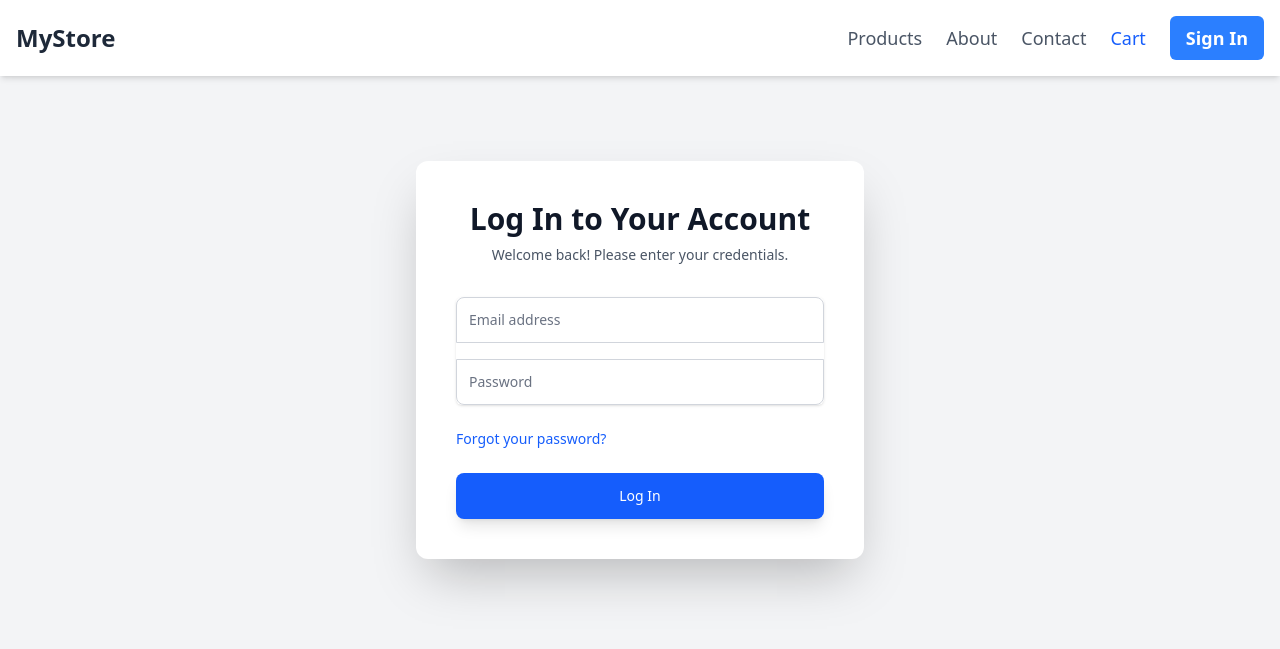
Repository: ehsanabbasifar-developer/next-store
Page: /login
The author's editor kept a copy of each file at every save. The page is drawn from the files as they stood at one save, then again after the next save.
The browser window is 1280 px wide. The pictures show the whole page.
The project was rebuilt for these pictures with package versions that can differ from the ones it lists, and the page was loaded fresh each time. The framework's server and built-in components were replaced by stand-ins that run in the browser. Also part of the build but not shown: next.config.ts.

Above is the page before, as saved 2025-10-01 03:51:22.

### src/app/layout.tsx
import type { Metadata } from "next";
import { Geist, Geist_Mono } from "next/font/google";
import { Toaster } from "react-hot-toast";
import "./globals.css";

const geistSans = Geist({
  variable: "--font-geist-sans",
  subsets: ["latin"],
});

const geistMono = Geist_Mono({
  variable: "--font-geist-mono",
  subsets: ["latin"],
});

export const metadata: Metadata = {
  title: "Create Next App",
  description: "Generated by create next app",
};

export default function RootLayout({
  children,
}: Readonly<{
  children: React.ReactNode;
}>) {
  return (
    <html lang="en">
      <body
        className={`${geistSans.variable} ${geistMono.variable} antialiased`}
      >
        {children}
        <Toaster/>
      </body>
    </html>
  );
}

### src/app/login/page.tsx
import Navbar from "../features/header/NavBar";

export default function LoginPage() {
  return (
    <div className="flex flex-col min-h-screen font-sans antialiased">
      <header>
        <Navbar />
      </header>
      <main className="flex-grow flex items-center justify-center py-12 px-4 sm:px-6 lg:px-8 bg-gray-100">
        <div className="max-w-md w-full space-y-8 bg-white p-10 shadow-2xl rounded-xl">
          <div className="text-center">
            <h1 className="text-3xl font-extrabold text-gray-900">
              Log In to Your Account
            </h1>
            <p className="mt-2 text-sm text-gray-600">
              Welcome back! Please enter your credentials.
            </p>
          </div>

          <form className="mt-8 space-y-6" action="#" method="POST">
            <div className="rounded-md shadow-sm -space-y-px">
              {/* Email Field */}
              <div className="mb-4">
                <label htmlFor="email-address" className="sr-only">
                  Email address
                </label>
                <input
                  id="email-address"
                  name="email"
                  type="email"
                  autoComplete="email"
                  required
                  placeholder="Email address"
                  className="appearance-none rounded-none relative block w-full px-3 py-3 border border-gray-300 placeholder-gray-500 text-gray-900 rounded-t-lg focus:outline-none focus:ring-blue-500 focus:border-blue-500 sm:text-sm transition-colors"
                />
              </div>

              {/* Password Field */}
              <div>
                <label htmlFor="password" className="sr-only">
                  Password
                </label>
                <input
                  id="password"
                  name="password"
                  type="password"
                  autoComplete="current-password"
                  required
                  placeholder="Password"
                  className="appearance-none rounded-none relative block w-full px-3 py-3 border border-gray-300 placeholder-gray-500 text-gray-900 rounded-b-lg focus:outline-none focus:ring-blue-500 focus:border-blue-500 sm:text-sm transition-colors"
                />
              </div>
            </div>

            <div className="flex items-center justify-between">
              {/* Forget Password Link */}
              <div className="text-sm">
                <a
                  href="#"
                  className="font-medium text-blue-600 hover:text-blue-500 transition-colors"
                >
                  Forgot your password?
                </a>
              </div>
            </div>

            {/* Submit Button */}
            <div>
              <button
                type="submit"
                className="group relative w-full flex justify-center py-3 px-4 border border-transparent text-sm font-medium rounded-lg text-white bg-blue-600 hover:bg-blue-700 focus:outline-none focus:ring-2 focus:ring-offset-2 focus:ring-blue-500 shadow-lg transition-colors"
              >
                Log In
              </button>
            </div>
          </form>
        </div>
      </main>
    </div>
  );
}

### src/app/features/header/NavBar.tsx
"use client";

import Link from "next/link";
import { useState } from "react";

export default function Navbar() {
  const [isMenuOpen, setIsMenuOpen] = useState<boolean>(false);

  const toggleMenu = () => {
    setIsMenuOpen(!isMenuOpen);
  };

  return (
    <nav className="bg-white shadow-md p-4 flex justify-between items-center fixed top-0 left-0 w-full z-10">
      <div className="text-2xl font-bold text-gray-800">
        <Link href="/">MyStore</Link>
      </div>

      {/* Desktop Menu */}
      <div className="hidden md:flex items-center space-x-6 text-lg">
        <Link
          href="/products?page=1"
          className="text-gray-600 hover:text-gray-900 transition-colors"
        >
          Products
        </Link>
        <Link
          href="/about"
          className="text-gray-600 hover:text-gray-900 transition-colors"
        >
          About
        </Link>
        <Link
          href="/contact"
          className="text-gray-600 hover:text-gray-900 transition-colors"
        >
          Contact
        </Link>
        <Link
          href="/cart"
          className="text-blue-600 hover:text-blue-800 transition-colors"
        >
          Cart
        </Link>
        <Link
          href="/login"
          className="bg-blue-500 text-white px-4 py-2 rounded-md font-semibold hover:bg-blue-600 transition-colors"
        >
          Sign In
        </Link>
      </div>

      {/* Mobile Menu Button (Hamburger) */}
      <div className="md:hidden">
        <button
          onClick={toggleMenu}
          className="text-gray-600 focus:outline-none"
        >
          <svg
            className="w-8 h-8"
            fill="none"
            stroke="currentColor"
            viewBox="0 0 24 24"
            xmlns="http://www.w3.org/2000/svg"
          >
            <path
              strokeLinecap="round"
              strokeLinejoin="round"
              strokeWidth="2"
              d="M4 6h16M4 12h16m-7 6h7"
            ></path>
          </svg>
        </button>
      </div>

      {/* Mobile Menu Content */}
      <div
        className={`fixed inset-0 bg-white z-20 transform transition-transform duration-300 md:hidden ${
          isMenuOpen ? "translate-x-0" : "translate-x-full"
        }`}
      >
        <div className="flex justify-between items-center p-4">
          <div className="text-2xl font-bold text-gray-800">MyStore</div>
          <button
            onClick={toggleMenu}
            className="text-gray-600 focus:outline-none"
          >
            <svg
              className="w-8 h-8"
              fill="none"
              stroke="currentColor"
              viewBox="0 0 24 24"
              xmlns="http://www.w3.org/2000/svg"
            >
              <path
                strokeLinecap="round"
                strokeLinejoin="round"
                strokeWidth="2"
                d="M6 18L18 6M6 6l12 12"
              ></path>
            </svg>
          </button>
        </div>
        <ul className="flex flex-col items-center space-y-6 text-2xl mt-8">
          <li>
            <Link
              onClick={toggleMenu}
              href="/products?page=1"
              className="text-gray-600 hover:text-gray-900 transition-colors"
            >
              Products
            </Link>
          </li>
          <li>
            <Link
              onClick={toggleMenu}
              href="/about"
              className="text-gray-600 hover:text-gray-900 transition-colors"
            >
              About
            </Link>
          </li>
          <li>
            <Link
              onClick={toggleMenu}
              href="/contact"
              className="text-gray-600 hover:text-gray-900 transition-colors"
            >
              Contact
            </Link>
          </li>
          <li>
            <Link
              onClick={toggleMenu}
              href="/cart"
              className="text-blue-600 hover:text-blue-800 transition-colors"
            >
              Cart
            </Link>
          </li>
          <li>
            <Link
              onClick={toggleMenu}
              href="/login"
              className="bg-blue-500 text-white px-6 py-3 rounded-md font-semibold hover:bg-blue-600 transition-colors"
            >
              Sign In
            </Link>
          </li>
        </ul>
      </div>
    </nav>
  );
}

Loaded but not shown: src/app/globals.css (common file)

After the next save:
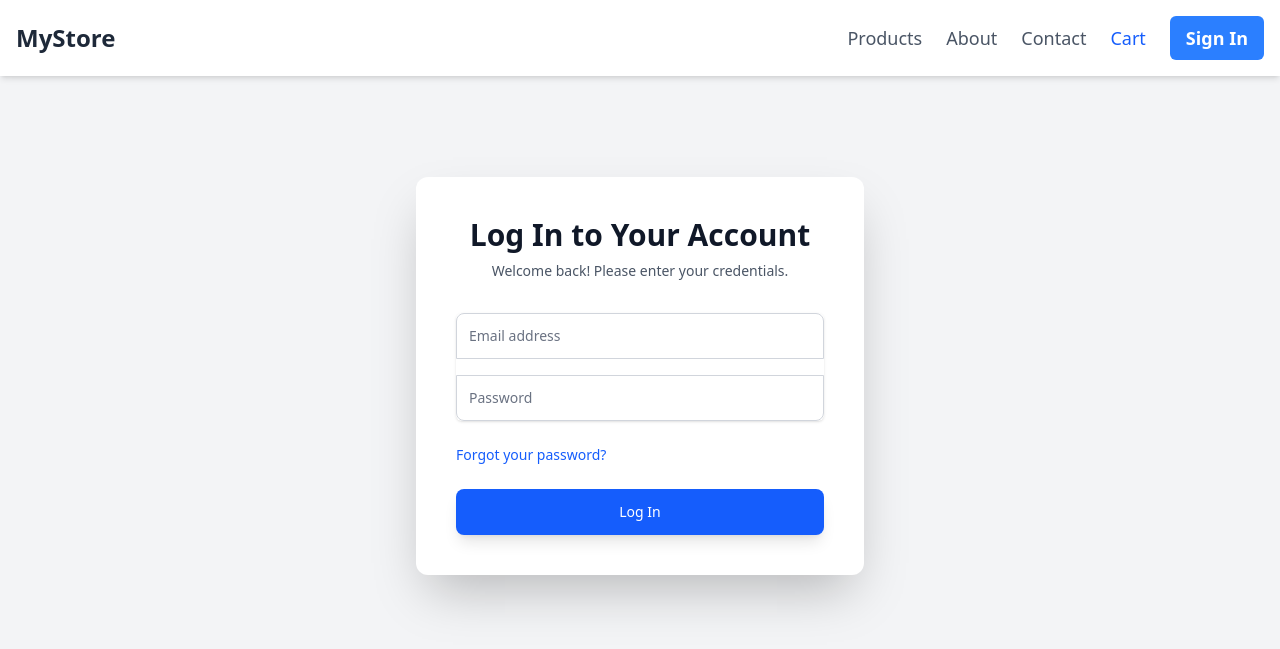
Saved 6 s later.
--- a/src/app/login/page.tsx
+++ b/src/app/login/page.tsx
@@ -6,7 +6,7 @@ export default function LoginPage() {
       <header>
         <Navbar />
       </header>
-      <main className="flex-grow flex items-center justify-center py-12 px-4 sm:px-6 lg:px-8 bg-gray-100">
+      <main className="flex-grow flex mt-8 items-center justify-center py-12 px-4 sm:px-6 lg:px-8 bg-gray-100">
         <div className="max-w-md w-full space-y-8 bg-white p-10 shadow-2xl rounded-xl">
           <div className="text-center">
             <h1 className="text-3xl font-extrabold text-gray-900">
